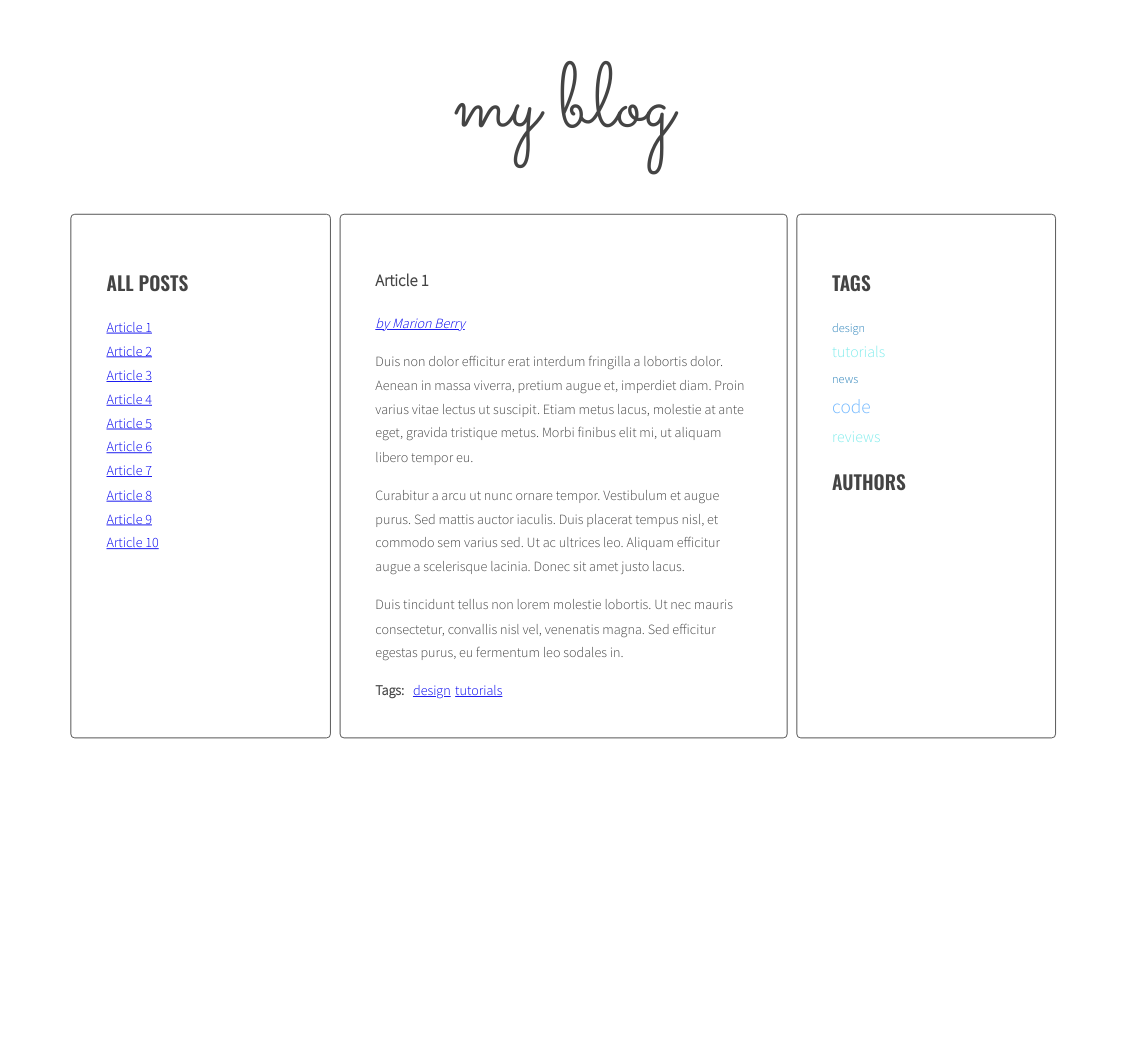
Repository: ulasup/javascript-blog
Page: index.html
The author's editor kept a copy of each file at every save. The page is drawn from the files as they stood at one save, then again after the next save.
The browser window is 1280 px wide. The pictures show the whole page, at 88% of full size.
The style sheet was rebuilt from its Sass, Less or Tailwind sources for each picture, by a compiler version that may differ from the author's.

Above is the page before, as saved 2020-12-21 18:27:27.

After the next save:
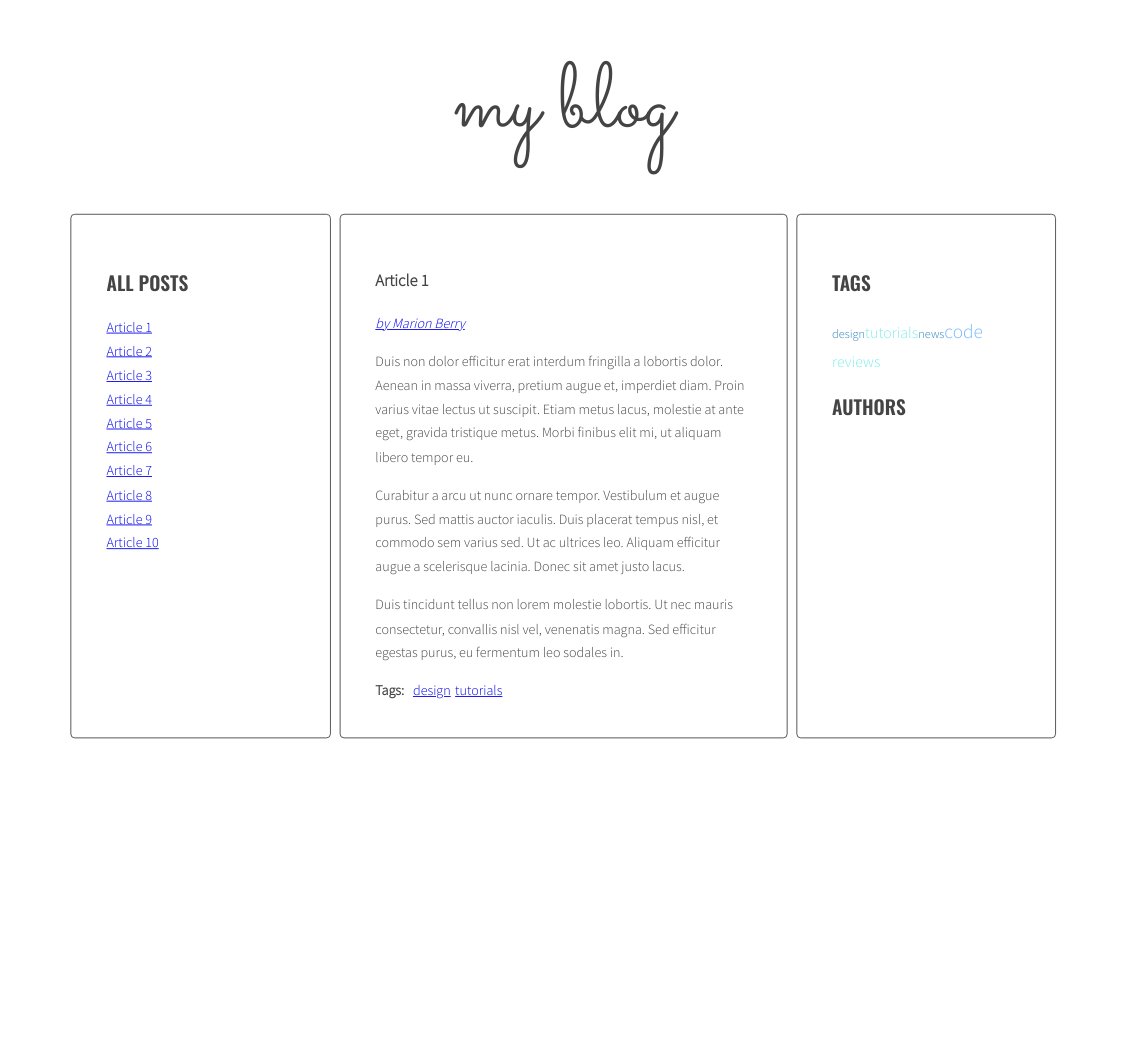
Saved 39 s later.
--- a/sass/style.scss
+++ b/sass/style.scss
@@ -129,9 +129,12 @@ body {
   }
 }
 
+.tags li {
+  display: inline-block;
+}
+
 a[class^="tag-size-"] {
   text-decoration: none;
-  display: inline-block;
 }
 
 .tag-size-1 {
